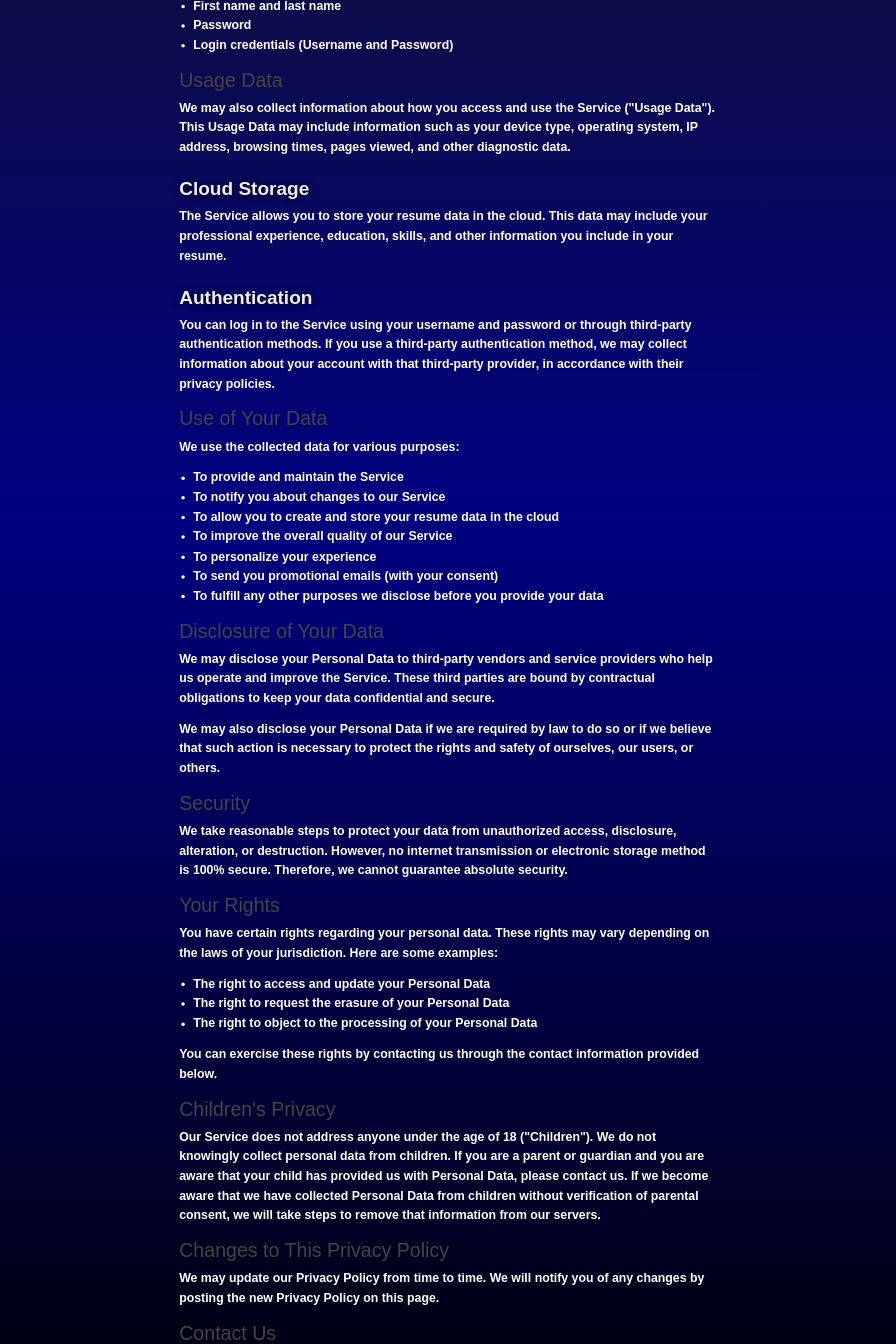
Repository: Tejaakshaykumar/MakeMyVita-Resume-Builder-Website
Page: /privacy (app in frontend/)
An editor plug-in stored every save of this project. The page is shown before and after a run of saves, followed by the edit.
The browser window is 1280 px wide. The pictures show the part of the page from y = 664 to 2584 px (the page is 2994 px tall before and 2976 px after), at 70% of full size.
Some web libraries are served in a nearby version. The project was rebuilt for these pictures with package versions that can differ from the ones it lists, and the page was loaded fresh each time. Also part of the build but not shown: frontend/src/App.css, frontend/src/containers/About.js, frontend/src/containers/Buildresume.js, frontend/src/containers/Images.js, frontend/src/containers/Features.js, frontend/src/containers/Review.js, frontend/src/containers/Trybox.js, frontend/src/containers/Motionbox.js and 5 more.

Above is the page before, as saved 2024-06-10 12:01:09.

### frontend/public/index.html
<!DOCTYPE html>
<html lang="en">
  <head>
    <meta charset="utf-8" />
    <link rel="icon" href="%PUBLIC_URL%/favicon.ico" />
    <meta name="viewport" content="width=device-width, initial-scale=1" />
    <meta name="theme-color" content="#000000" />
    <meta
      name="description"
      content="Web site created using create-react-app"
    />
    <link rel="apple-touch-icon" href="%PUBLIC_URL%/logo192.png" />
    <!--
      manifest.json provides metadata used when your web app is installed on a
      user's mobile device or desktop. See https://developers.google.com/web/fundamentals/web-app-manifest/
    -->
    <link rel="manifest" href="%PUBLIC_URL%/manifest.json" />
    <link rel="stylesheet" href="https://stackpath.bootstrapcdn.com/bootstrap/4.5.2/css/bootstrap.min.css">
  <link rel="stylesheet" href="https://stackpath.bootstrapcdn.com/font-awesome/4.7.0/css/font-awesome.min.css">
  <link href="https://cdn.jsdelivr.net/npm/bootstrap@5.3.3/dist/css/bootstrap.min.css" rel="stylesheet" integrity="sha384-QWTKZyjpPEjISv5WaRU9OFeRpok6YctnYmDr5pNlyT2bRjXh0JMhjY6hW+ALEwIH" crossorigin="anonymous">
  <link href="https://cdn.jsdelivr.net/npm/bootstrap-icons@1.7.2/font/bootstrap-icons.css" rel="stylesheet">
    <!--
      Notice the use of %PUBLIC_URL% in the tags above.
      It will be replaced with the URL of the `public` folder during the build.
      Only files inside the `public` folder can be referenced from the HTML.

      Unlike "/favicon.ico" or "favicon.ico", "%PUBLIC_URL%/favicon.ico" will
      work correctly both with client-side routing and a non-root public URL.
      Learn how to configure a non-root public URL by running `npm run build`.
    -->
    <title>React App</title>
  </head>
  <body>
    <noscript>You need to enable JavaScript to run this app.</noscript>
    <div id="root"></div>
    <!--
      This HTML file is a template.
      If you open it directly in the browser, you will see an empty page.

      You can add webfonts, meta tags, or analytics to this file.
      The build step will place the bundled scripts into the <body> tag.

      To begin the development, run `npm start` or `yarn start`.
      To create a production bundle, use `npm run build` or `yarn build`.
    -->
  </body>
  <script src="https://cdn.jsdelivr.net/npm/bootstrap@5.3.3/dist/js/bootstrap.bundle.min.js" integrity="sha384-YvpcrYf0tY3lHB60NNkmXc5s9fDVZLESaAA55NDzOxhy9GkcIdslK1eN7N6jIeHz" crossorigin="anonymous"></script>
</html>

### frontend/src/pages/Privacy.js
import React from 'react';
import './pagestyles.css';

const Privacy = () => {
  return (
    <div className="privacy-container">
      <h1>Privacy Policy</h1>
      <p>Effective Date: [Date]</p>

      <section>
        <p>
          makemyvita.com ("us", "we", or "our") operates the makemyvita.com website (the "Service"). This page informs you of our policies regarding the collection, use, and disclosure of personal data when you use our Service and the choices you have associated with that data.
        </p>
      </section>

      <section>
        <h2>Information We Collect</h2>
        <p>We collect several different types of information for various purposes to improve our Service to you.</p>
      </section>

      <section>
        <h2>Personal Data</h2>
        <p>
          While using our Service, we may ask you to provide us with certain personally identifiable information that can be used to contact or identify you ("Personal Data"). Personally identifiable information may include, but is not limited to:
        </p>
        <ul>
          <li>Email address</li>
          <li>First name and last name</li>
          <li>Password</li>
          <li>Login credentials (Username and Password)</li>
        </ul>
      </section>

      <section>
        <h2>Usage Data</h2>
        <p>
          We may also collect information about how you access and use the Service ("Usage Data"). This Usage Data may include information such as your device type, operating system, IP address, browsing times, pages viewed, and other diagnostic data.
        </p>
      </section>

      <section>
        <h3>Cloud Storage</h3>
        <p>
          The Service allows you to store your resume data in the cloud. This data may include your professional experience, education, skills, and other information you include in your resume.
        </p>
      </section>

      <section>
        <h3>Authentication</h3>
        <p>
          You can log in to the Service using your username and password or through third-party authentication methods. If you use a third-party authentication method, we may collect information about your account with that third-party provider, in accordance with their privacy policies.
        </p>
      </section>

      <section>
        <h2>Use of Your Data</h2>
        <p>We use the collected data for various purposes:</p>
        <ul>
          <li>To provide and maintain the Service</li>
          <li>To notify you about changes to our Service</li>
          <li>To allow you to create and store your resume data in the cloud</li>
          <li>To improve the overall quality of our Service</li>
          <li>To personalize your experience</li>
          <li>To send you promotional emails (with your consent)</li>
          <li>To fulfill any other purposes we disclose before you provide your data</li>
        </ul>
      </section>

      <section>
        <h2>Disclosure of Your Data</h2>
        <p>
          We may disclose your Personal Data to third-party vendors and service providers who help us operate and improve the Service. These third parties are bound by contractual obligations to keep your data confidential and secure.
        </p>
        <p>
          We may also disclose your Personal Data if we are required by law to do so or if we believe that such action is necessary to protect the rights and safety of ourselves, our users, or others.
        </p>
      </section>

      <section>
        <h2>Security</h2>
        <p>
          We take reasonable steps to protect your data from unauthorized access, disclosure, alteration, or destruction. However, no internet transmission or electronic storage method is 100% secure. Therefore, we cannot guarantee absolute security.
        </p>
      </section>

      <section>
        <h2>Your Rights</h2>
        <p>You have certain rights regarding your personal data. These rights may vary depending on the laws of your jurisdiction. Here are some examples:</p>
        <ul>
          <li>The right to access and update your Personal Data</li>
          <li>The right to request the erasure of your Personal Data</li>
          <li>The right to object to the processing of your Personal Data</li>
        </ul>
        <p>You can exercise these rights by contacting us through the contact information provided below.</p>
      </section>

      <section>
        <h2>Children's Privacy</h2>
        <p>
          Our Service does not address anyone under the age of 18 ("Children"). We do not knowingly collect personal data from children. If you are a parent or guardian and you are aware that your child has provided us with Personal Data, please contact us. If we become aware that we have collected Personal Data from children without verification of parental consent, we will take steps to remove that information from our servers.
        </p>
      </section>

      <section>
        <h2>Changes to This Privacy Policy</h2>
        <p>
          We may update our Privacy Policy from time to time. We will notify you of any changes by posting the new Privacy Policy on this page.
        </p>
      </section>

      <section>
        <h2>Contact Us</h2>
        <p>If you have any questions about this Privacy Policy, please contact us:</p>
        <p>By email: [your email address]</p>
        <p>By visiting this page on our website: <a href="https://colamyhome.com/pages/contact" target="_blank" rel="noopener noreferrer">Contact Us</a></p>
      </section>
    </div>
  );
};

export default Privacy;

### frontend/src/containers/cont.css
/* navbar */
.custom-btn {
  color: white;
}
.custom-btn:hover {
  color: black;
  background-color: white;
}

.footer-container {
  height: 25vh;
  width: 100%;
  background-color: rgb(0, 0, 0);
  color: white;
  display: flex;
  flex-direction: column;
  align-items: center;
  /* padding-bottom: 3%; */
  /* justify-content: center; */
}

.footer-nav {
  display: flex;
  list-style: none;
  padding-top: 30px;
  margin: 0;
}

.footer-nav .nav-item {
  margin: 0 50px;
}

.footer-nav .nav-item .nav-link {
  color: white;
  text-decoration: none;
  /* text-transform: uppercase; */
  /* text-decoration: underline; */
}

.footer-nav .nav-item .nav-link:hover {
  text-decoration: underline;
}

.footer-copy {
  /* padding-top: 5%; */
  text-align: center;
  font-size: large;
  font-weight: 500;
  /* padding-bottom: 3%; */
}

.social-icons {
  display: flex;
  justify-content: center;
  gap: 40px;
  padding: 40px;
  /* background-color: #f0f0f0; */
}

.social-icons a {
  color: #ffffff;
  font-size: 24px;
  text-decoration: none;
}

.social-icons a:hover {
  color: #007bff;
}

/* Features */

.feature-component {
  height: 90vh;
  width: 100%;
  display: flex;
  justify-content: flex-start;
  flex-wrap: wrap;
  margin-top: 10%;
  padding-left: 8%;
  padding-right: 8%;
}
.feature {
  flex: 1 1 30%;
  box-sizing: border-box;
  padding: 20px;
  margin: 10px;
  text-align: center;
  background-color: #fff;
  border-radius: 8px;
  /* box-shadow: 0 4px 8px rgba(0, 0, 0, 0.1); */
}

.feature img {
  width: 60px;
  height:80px;
  margin-bottom: 10px;
}

.feature h3 {
  font-size: 1.5em;
  margin-bottom: 10px;
  font-weight: 500;
  font-family:'Franklin Gothic Medium', 'Arial Narrow', Arial, sans-serif;
}

.feature p {
  font-size: 1.3em;
  color: #666;
  font-weight: 400;
  font-family: 'Gill Sans', 'Gill Sans MT', Calibri, 'Trebuchet MS', sans-serif;
}

.feature:hover {
  background: linear-gradient(to right, #fd4908, #1e90ff);
  box-shadow: black;
  border-radius: 5%;
  color: rgb(255, 255, 255);
}

.feature:hover h3,
.feature:hover p {
  color: rgb(255, 255, 255);
}

/* About */
.resume-builder-container {
  display: flex;
  flex-direction: row;
  justify-content: space-between;
  align-items: center;
  padding: 10vh;
  /* background-color: #fff; */
  background: linear-gradient(to right, #84eefc, #ffffff, #ffffff);
  /* background:linear-gradient(to left, #00e1ff,#ffffff, #ffffff); */
  /* border: 1px solid #ddd; */
  /* border-radius: 8px; */
  /* box-shadow: 0 2px 4px rgba(0, 0, 0, 0.1); */
  height: 80vh;
}

.resume-builder-container1 {
  display: flex;
  flex-direction: row;
  justify-content: space-between;
  align-items: center;
  padding: 10vh;
  height: 80vh;
  background: linear-gradient(to top, #ffffff, #59CE8F,#E8F9FD, #ffffff);
}

/* .resume-builder-image {
    -webkit-mask-image: radial-gradient(circle, rgba(0, 0, 0, 1) 50%, rgba(0, 0, 0, 0) 90%);
    mask-image: radial-gradient(circle, rgba(0, 0, 0, 1) 50%, rgba(0, 0, 0, 0) 90%);
  }
   */
.resume-builder-content {
  max-width: 60%;
  padding: 10%;
}

.resume-builder-content1 {
  max-width: 70%;
  padding: 10%;
}

.resume-builder-content h1 {
  font-size: 4em;
  color: #333;
  margin-bottom: 10px;
  font-family: "Franklin Gothic Medium", "Arial Narrow", Arial, sans-serif;
  text-align: left;
}

.resume-builder-content p {
  font-size: 1.4em;
  font-weight: 400;
  color: #666;
  line-height: 1.5;
  margin-bottom: 20px;
  /* padding-left: 2%; */
  /* text-align: center; */
}

.resume-builder-content1 h1 {
  font-size: 4em;
  color: #333;
  margin-bottom: 10px;
  font-family: "Franklin Gothic Medium", "Arial Narrow", Arial, sans-serif;
  text-align: left;
}

.resume-builder-content1 p {
  font-size: 1.4em;
  font-weight: 400;
  color: #666;
  line-height: 1.5;
  margin-bottom: 20px;
  /* padding-left: 2%; */
  /* text-align: center; */
}

.aboutbutton {
  height: 6vh;
  width: 27%;
  margin-left: 20%;
  margin-top: 2%;
  text-align: center;
  font-weight: 500;
  border-radius: 7px;
  color: #ffffff;
  font-weight: 700;
  transition: background 0.3s ease;
  /* border-style:solid; */
  border-color: white;
  background: #3e14fc;
  box-shadow: 0 2px 6px rgba(24, 23, 23, 0.801);
  /* box-shadow: #3e14fc; */
}
.aboutbutton:hover {
  transition: background 0.3s ease;
  border-style: solid;
  background: linear-gradient(to right, #ffd000, #ff0000);
  box-shadow: #3e14fc;
}

.create-now-button {
  background-color: #00b0ff;
  color: #fff;
  border: none;
  padding: 10px 20px;
  font-size: 1em;
  border-radius: 5px;
  cursor: pointer;
}

.create-now-button:hover {
  background-color: #008cba;
}

.resume-builder-image {
  max-width: 40%;
}

.resume-builder-image img {
  max-width: 100%;
  height: auto;
  border-radius: 8px;
}

.text-gradient {
  background: linear-gradient(to right, #ff7f50, #1e90ff);
  -webkit-background-clip: text;
  -webkit-text-fill-color: transparent;
  background-clip: text;
  color: transparent;
}

.icon-container {
  width: 100%;
  height: 100px;
  overflow: hidden;
  white-space: nowrap;
  position: relative;
  background-color: #ffffff;
  padding-bottom: 25px;
}

.icons {
  display: inline-block;
  animation: moveIcons 40s linear infinite;
}

.icons img {
  font-size: 24px;
  margin: 0 15px; /* Add some margin between icons */
  color: #333;
  /* width: 100px; Adjust the size as needed */
  height: 50px;
}

@keyframes moveIcons {
  0% {
    transform: translateX(70%);
  }
  100% {
    transform: translateX(-100%);
  }
}

.try {
  height: 30vh;
  width: 100%;
  background-image: url("C:/Users/tejaa/Downloads/pexels-magda-ehlers-pexels-1279813.jpg");
  background-size: cover;
  align-items: center;
  display: flex;
  flex-direction: column;
  justify-content: center;
  margin-bottom: 7vh;
  margin-top: 5vh;
}

.try h2 {
  font-size: 280%;
  color: antiquewhite;
  text-shadow: 5px 5px 3px rgba(0, 0, 0, 0.3);
}
.try button {
  height: 4vh;
  width: 15%;
  font-weight: 700;
  border-radius: 5cm;
  color: blanchedalmond;
  border: #ffffff;
  background: linear-gradient(to right, #fd0808, #a51eff);
}

/* Review */
/* Styles for the main container */
/* Swiper specific styles */
/* #App {
  height: 100%;
}
html,
body {
  position: relative;
  height: 100%;
}

body {
  background: #eee;
  font-family: Helvetica Neue, Helvetica, Arial, sans-serif;
  font-size: 14px;
  color: #000;
  margin: 0;
  padding: 0;
} */
.swiper-container {
  /* position: relative; */
  height: 30vh;
  background: #ffffff;
  font-family: Helvetica Neue, Helvetica, Arial, sans-serif;
  font-size: 14px;
  color: #000;
  margin: 30px;
  padding: 10px;
  display: flex;
  flex-direction: row;
  justify-content: center;
}

.swiper {
  width: 100%;
  height: 100%;
}

.swiper-slide {
  text-align: center;
  font-size: 18px;
  background: #ffffff;
  display: flex;
  justify-content: center;
  align-items: center;
  padding-top: 20%;
  /* margin: 5%; */
}

.swiper-slide img {
  display: block;
  width: 100%;
  height: 100%;
  object-fit: cover;
}

.autoplay-progress {
  position: absolute;
  right: 16px;
  bottom: 16px;
  z-index: 10;
  width: 48px;
  height: 48px;
  display: flex;
  align-items: center;
  justify-content: center;
  font-weight: bold;
  color: var(--swiper-theme-color);
}

.autoplay-progress svg {
  --progress: 0;
  position: absolute;
  left: 0;
  top: 0px;
  z-index: 10;
  width: 100%;
  height: 100%;
  stroke-width: 4px;
  stroke: var(--swiper-theme-color);
  fill: none;
  stroke-dashoffset: calc(125.6px * (1 - var(--progress)));
  stroke-dasharray: 125.6;
  transform: rotate(-90deg);
}

Loaded but not shown: frontend/src/index.js (common file); frontend/src/index.css (common file); frontend/src/reportWebVitals.js (common file); frontend/src/App.js (99 lines, source omitted); frontend/src/containers/Foot.js (65 lines, source omitted); frontend/src/containers/Navbar.js (57 lines, source omitted); frontend/src/pages/pagestyles.css (528 lines, source omitted)

After the next 4 saves:
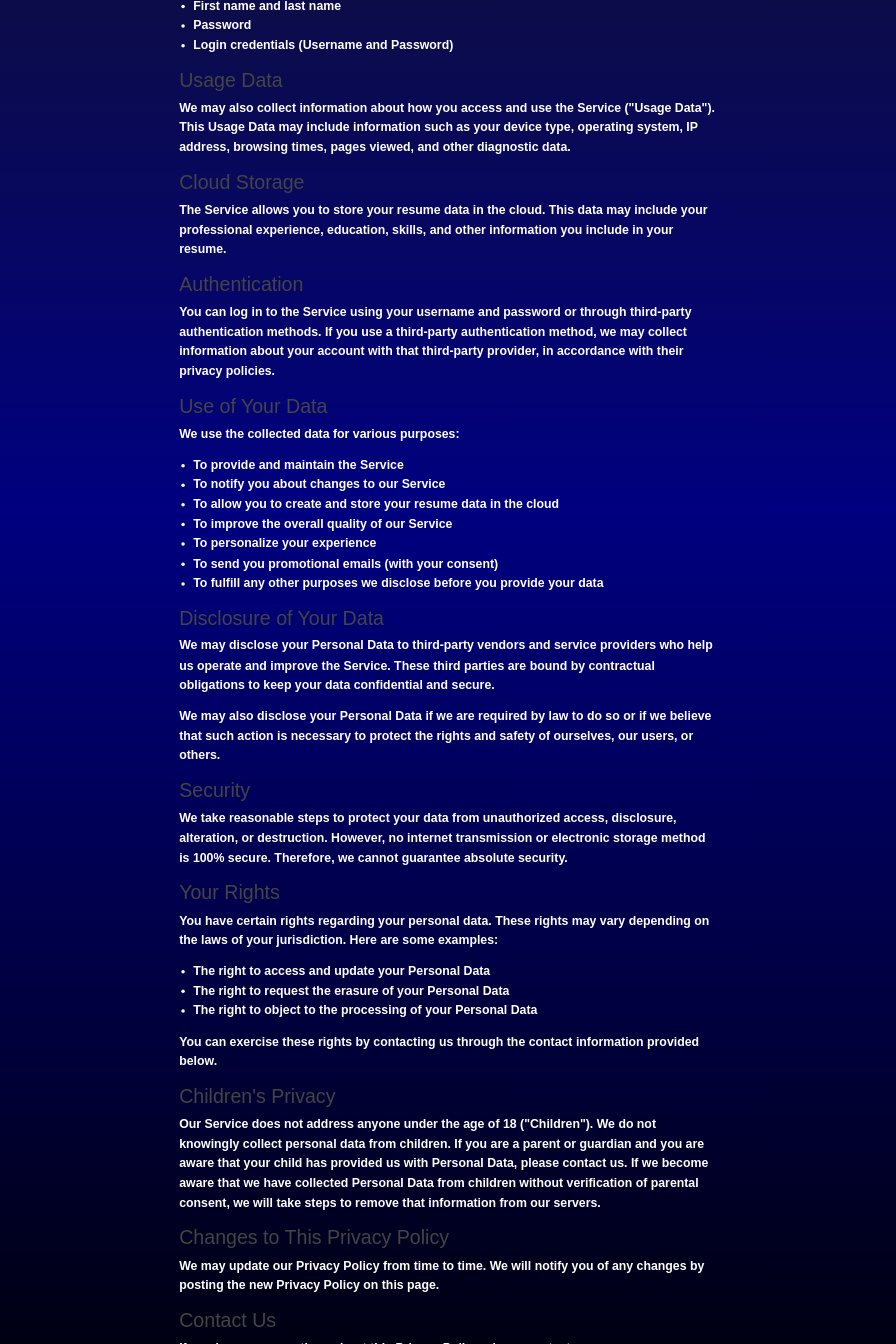
The 4 saves are shown as one change because 1 did not build or start and some came seconds apart.
The last was saved 17 s later.
--- a/frontend/src/pages/Privacy.js
+++ b/frontend/src/pages/Privacy.js
@@ -39,14 +39,14 @@ const Privacy = () => {
       </section>
 
       <section>
-        <h3>Cloud Storage</h3>
+        <h2>Cloud Storage</h2>
         <p>
           The Service allows you to store your resume data in the cloud. This data may include your professional experience, education, skills, and other information you include in your resume.
         </p>
       </section>
 
       <section>
-        <h3>Authentication</h3>
+        <h2>Authentication</h2>
         <p>
           You can log in to the Service using your username and password or through third-party authentication methods. If you use a third-party authentication method, we may collect information about your account with that third-party provider, in accordance with their privacy policies.
         </p>
